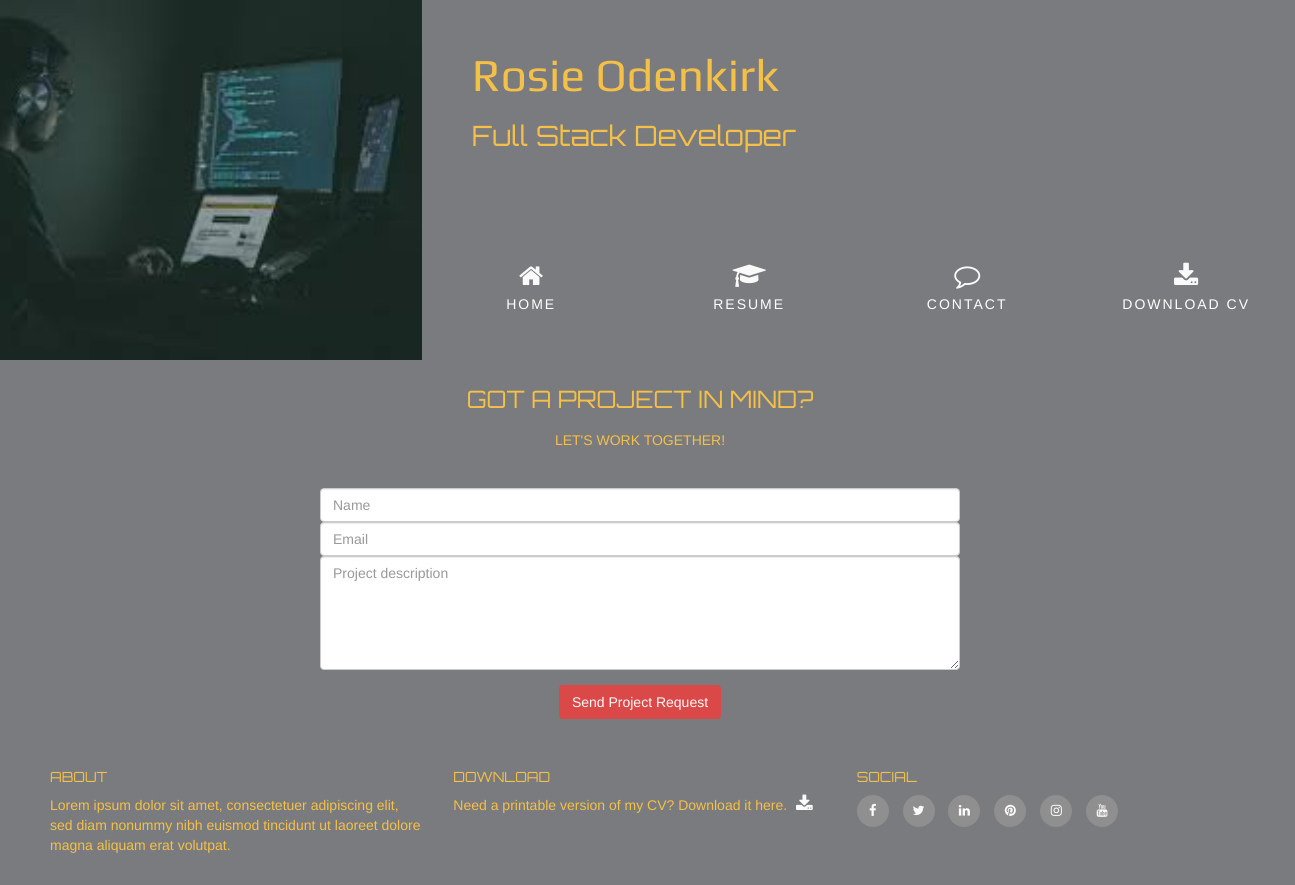
Repository: BoryanaRakova/Resume-
Page: contact.html
The author's editor kept a record of every edit. The page is drawn from the files as they stood at one moment, then again after the next edit.
The browser window is 1280 px wide. The page is 1295 px wide, so the pictures cover 1295 px, including what lies to the right of the window. The pictures show the whole page.

Above is the page before.

### contact.html
<!DOCTYPE html>
<html>
    <head>
        <link rel="stylesheet" href="//maxcdn.bootstrapcdn.com/bootstrap/3.3.7/css/bootstrap.min.css" type="text/css" />
        <link rel="stylesheet" href="https://stackpath.bootstrapcdn.com/font-awesome/4.7.0/css/font-awesome.min.css" type="text/css" />
        <link rel="stylesheet" href="https://cdnjs.cloudflare.com/ajax/libs/hover.css/2.3.1/css/hover-min.css" type="text/css"/>
        <link rel="stylesheet" href="assets/css/style.css" type="text/css" />
    </head>

    <body>
 <header>
        <div class="row no-gutters">
            <a class="col-md-4 logo" href="02-index.html"></a>
            <div class="col-md-8">
                <div class="row no-gutters bg-color-name-title">
                    <div class="col heading">
                        <h1 class="name">Rosie Odenkirk</h1>
                        <h2 class="title"> Full Stack Developer</h2>
                    </div>
                </div>
                <div class="row no-gutters">
                    <div class="col">
                        <ul id="nav" class="list-inline menucontainer">
                            <li class="col-6 col-sm-3 list-inline-item ui-menu-color-home menuitem">
                                <a href="#" class="hvr-sweep-to-bottom"><i class="fa fa-home" aria-hidden="true"></i><span>Home</span></a>
                            </li>
                            <li class="col-6 col-sm-3 list-inline-item ui-menu-color-resume menuitem">
                                <a href="#" class="hvr-sweep-to-bottom"><i class="fa fa-graduation-cap" aria-hidden="true"></i><span>Resume</span></a>
                            </li>
                            <li class="col-6 col-sm-3 list-inline-item ui-menu-color-contact menuitem">
                                <a href="#" class="hvr-sweep-to-bottom"><i class="fa fa-comment-o" aria-hidden="true"></i><span>Contact</span></a>
                            </li>
                            <li class="col-6 col-sm-3 list-inline-item ui-menu-color-download menuitem">
                                <a href="#" class="hvr-sweep-to-bottom"><i class="fa fa-download" aria-hidden="true"></i><span>Download CV</span></a>
                            </li>
                        </ul>
                    </div>
                </div>
            </div>
        </div>
    </header>
    <section class="container-fluid">
        <div class="row bg-color-contact">
            <div class="col">
                <h3 class="contact-heading uppercase text-center">Got a project in mind?</h3>
                <h5 class="uppercase text-center">Let's work together!</h5>

                <div class="center-form">
                    <form>
                        <input type="text" name="name" id="fullname" class="form-control" placeholder="Name" required />
                        <input type="email" name="email" id="emailaddress" class="form-control" placeholder="Email" required />
                        <textarea rows="5" name="projectsummary" id="projectsummary" class="form-control" placeholder="Project description" required></textarea>
                        <div class="form-row text-center">
                            <div class="col">
                                <button type="submit" class="btn btn-secondary">Send Project Request</button>
                            </div>
                        </div>
                    </form>
                </div>

            </div>
        </div>

    </section>
    <footer class="container-fluid">
        <div id="footer-details" class="row">
            <div class="col-sm-4">
                <h5 class="uppercase general-sub">About</h5>
                <p class="inline-block">
                    Lorem ipsum dolor sit amet, consectetuer adipiscing elit,
                    sed diam nonummy nibh euismod tincidunt ut laoreet dolore
                    magna aliquam erat volutpat.
                </p>
            </div>
            <div class="col-sm-4">
                <h5 class="uppercase general-sub">Download</h5>
                <p class="inline-block">
                    Need a printable version of my CV? Download it here.
                    <a href="assest/cv/Boryana-Ivaylova-Rakova-CV-v3.pdf" target="_blank" class="cv-pdf">
                        <i class="fa fa-download" aria-hidden="true"></i>
                        <span class="sr-only">Download link.</span>
                    </a>
                </p>
            </div>
            <div class="col-sm-4">
                <h5 class="uppercase general-sub">Social</h5>
                <ul class="list-inline social-links">
                    <li class="list-inline-item">
                        <a target="_blank" href="#">
                            <i class="fa fa-facebook" aria-hidden="true"></i>
                            <span class="sr-only">Facebook</span>
                        </a>
                    </li>
                    <li class="list-inline-item">
                        <a target="_blank" href="#">
                            <i class="fa fa-twitter" aria-hidden="true"></i>
                            <span class="sr-only">Twitter</span>
                        </a>
                    </li>
                    <li class="list-inline-item">
                        <a target="_blank" href="https://www.linkedin.com/in/boryana-rakova-918ab312b">
                            <i class="fa fa-linkedin" aria-hidden="true"></i>
                            <span class="sr-only">LinkedIn</span>
                        </a>
                    </li>
                    <li class="list-inline-item">
                        <a target="_blank" href="#">
                            <i class="fa fa-pinterest" aria-hidden="true"></i>
                            <span class="sr-only">Pinterest</span>
                        </a>
                    </li>
                    <li class="list-inline-item">
                        <a target="_blank" href="#">
                            <i class="fa fa-instagram" aria-hidden="true"></i>
                            <span class="sr-only">Instagram</span>
                        </a>
                    </li>
                    <li class="list-inline-item">
                        <a target="_blank" href="#">
                            <i class="fa fa-youtube" aria-hidden="true"></i>
                            <span class="sr-only">YouTube</span>
                        </a>
                    </li>
                </ul>
            </div>
        </div>
    </footer>

    </body>
</html>

### assets/css/style.css
@import url('https://fonts.googleapis.com/css?family=Orbitron:100,200,300,400,500,600,700|Play:100,200,300,400,500,600,700');

/*----------------------------------------------Colors*/
body{
    background-color: #797b7f;
}
.bg-color-name-title {
    background-color: #797b7f;
}

 .bg-color-three-reasons {
     background-color: #797b7f;
 }
 .bg-color-work-history {

    background-color: #797b7f;
}
.bg-color-skills{
    background-color: #fafafa;
}

.bg-color-personal-info{
     background-color: #797b7f;
 }
 .bg-color-contact {
     background-color:#797b7f;
     color:#f5c047;
 }





 .ul-menu-color-name {
     background-color: #f5c047;
 }

 .ul-menu-color-resume {
     background-color: #2a5f87;
 }
 .ul-menu-color-contact {
     background-color: #67666b;
 }
 .ul-menu-color-download {
     background-color: #db4848;
 }

 .row-table {
    display: table;
}

.section-column {
    display: table-cell;
    padding: 0 30px 30px;
    float: none;
}

.section-heading {
    font-family: "Orbitron", sans-serif;
    font-weight: 300;
    margin-top: 25px;
    margin-bottom: 40px;
}
 /*----------------------------------------------Special Paddings/Margin/Text*/
 h1,
 h2,
 h3,
 h4 {
     margin: 0;
 }

 .uppercase {
     text-transform: uppercase;
 }
 .general-sub {
     font-family: "Orbitron",sans-serif;
     font-weight: 300;
     color: #f5c047;
 }

 .inline-block {
     display: inline-block;
 }



.row-table {
    display: table;
}

.section-heading ,
.history-heading {
    font-family: "Orbitron",sans-serif;
    font-weight: 300;
    margin-top: 25px;
    margin-bottom: 40px;
}
/*----------------------------------------------Heading*/
header{
    margin: 0;
}

.heading {
    margin-left: 50px;
}
.logo {
   background: url("../images/images.jpeg");
   background-position: center;
   background-repeat: no-repeat;
   background-size: cover;
   min-height: 360px;
   transition: all .5s ease-in-out;
   -moz-transition: all .5s ease-in-out;
   -webkit-transition: all .5s ease-in-out;
}
.name {
    font-family: "Play",sans-serif;
    font-weight: 100;
    font-size: 46px;
    margin-top: 50px;
    color: #f5c047;
}

.title {
    font-family: "Orbitron",sans-serif;
    font-weight: 200;
    font-size: 28px;
    margin-top: 20px;
    margin-bottom: 90px;
    color: #f5c047;
}

.list-inline-item:not(:last-child) {
    margin: 0;
}

.menucontainer {
    font-size: 0;
}

#nav {
    margin: 0;
}

#nav li {
   font-size:14px;
   padding: 0;
}

.menuitem {
    height: 120px;
    text-align: center;
    padding: 0;
}
.menuitem a {
    width: 100%;
    text-decoration: none;
    color: #ffffff;
    height: 120px;
}
.menuitem a i {
    padding-top: 22px;
    display: block;
    color: #fafafa;
    font-size: 26px;


}
.menuitem span {
    display: block;
    width: 100%;
    padding-top: 5px;
    text-align: center;
    text-transform: uppercase;
    font-size: 14px;
    font-weight: 300;
    letter-spacing: 2px;
}



/*----------------------------------------------Hover.css*/

.hvr-sweep-to-bottom:before {
    background:rgba(0, 0, 0, 0.2);
    height: 120px;
}


/*----------------------------------------------Footer*/

footer {
    background-color: #797b7f ;
    color: #f5c047;
    min-height: 120px;
    margin: 0;
}

.cv-pdf i {
    font-size: 18px;
    color: #fafafa;
    text-align: center;
    padding-left: 5px;
    transition: all 0.35s ease-in-out;
    -moz-transition: all 0.35s ease-in-out;
    -webkit-transition: all 0.35s ease-in-out;
    -o-transition: all 0.35s ease-in-out;
}


.cv-pdf i:hover {
    color: #e84610;
}
.social-links {
    padding-bottom: 15px;
}

.social-links li a i{
    width: 32px;
    height: 32px;
    padding: 12px 0;
    border-radius: 50%;
    font-size: 13px;
    line-height: 7px;
    text-align: center;
    color: #fafafa;
    background-color: #8f8f8f;
    transition: all 0.35s ease-in-out;
    -moz-transition: all 0.35s ease-in-out;
    -webkit-transition: all 0.35s ease-in-out;
    -o-transition: all 0.35s ease-in-out;


}

.social-links li a i:hover{
    background-color: #db4848;
}

#footer-details {
    margin: 20px;
}



/*----------------------------------------------Three reasons*/

.three-reasons-icon {
    font-size: 26px;
    color: #f5c047;
}
.three-reasons-heading {
    margin-bottom: 15px;
}




/*----------------------------------------------Personal info*/


.personal-info-item {
    margin-bottom: 20px;
    display: block;
    clear: both;
}

.personal-info-item .key,
.personal-info-item .value {
    padding-right: 8px;
}

.personal-info-item .key p,
.personal-info-item .value p {
    margin: 0;
}
.personal-info-item .key {
    display: inline-block;
    width: 30%;
    margin-right: 21px;
    padding-top: 2px;
    vertical-align: top;
}

.personal-info-item .key p {
    font-weight: 700;
}

.personal-info-item .value {
    display: inline-block;
    position: relative;
    width: 60%;
}

/*----------------------------------------------Skills*/

.progress {
    position: relative;
    height: 25px;
}
.progress-type {
    position: absolute;
    left: 0px;
    font-weight: 400;
    padding: 3px 30px 2px 10px;
    color: #fafafa;
    background-color: rgba(25,25,25,0.2);
}
.progress-section{
    margin: 40px 20px;
}

/*----------------------------------------------Work History*/



.timeline-item {
    padding: 4em 2em 0em 2em;
    position: relative;
    color:  #f5c047;
    border-left: 1px solid ;
}

.timeline-item p {
    padding: 0;
    margin: 0;

}

.timeline-item::before {
    content: attr(dates);
    position: absolute;
    left: 2.5em;
    top: 3em;
    display: block;
    font-family: "Orbitron" , sans-serif;
    font-weight: 500;
    font-size: .8em;
    padding: 0;
    margin: 0;


}


.timeline-item::after{
    width: 12px;
    height: 12px;
    display: block;
    top: 2.4em;
    position: absolute;
    left: -6px;
    border-radius: 12px;
    content: '';
    background: #333;

}


.history-items{
    margin-bottom: 30px;
}

/*----------------------------------------------Contact*/


.contact-heading {
    font-family: "Orbitron" ,sans-serif;
    font-weight: 300;
    margin-top: 25px;
    margin-bottom: 20px;

}

.center-form {
    padding-top: 10px;
    margin: 0 auto;
    max-width: 70%;
}

button[type="submit"]{
    margin-top: 15px;
    margin-bottom: 20px;
    background-color: #db4848;
    color: #fafafa;
}



/*----------------------------------------------Media Quiery*/

@media (min-width:992px){
    .section-column {
    padding: 0 30px 30px;
    float: none;
    display: table-cell;
  }
  .center-form {
    padding-top: 30px;
    min-height: 240px;
    margin: 0 auto;
    max-width: 50%;
}
}

After the next edit:
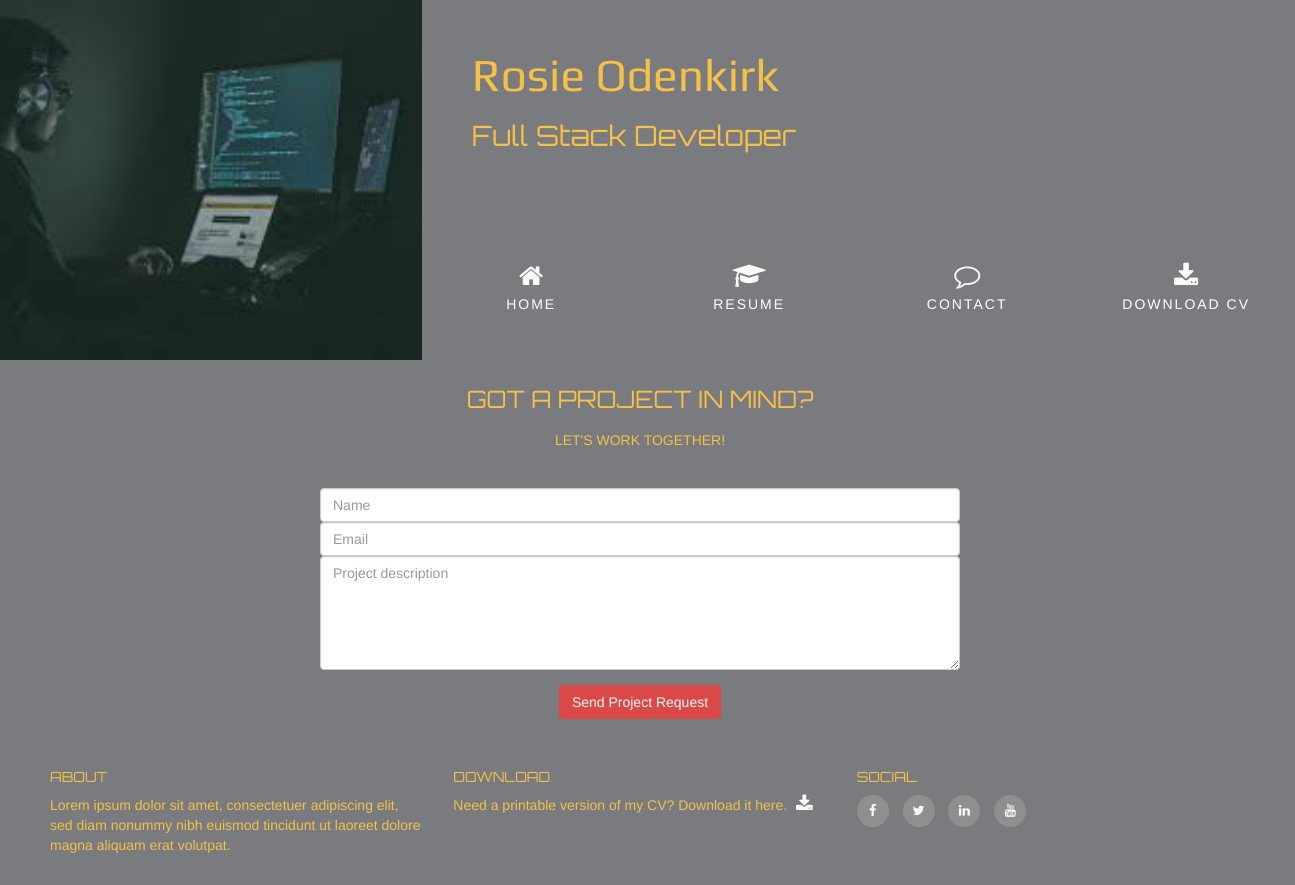
The edit:
--- a/contact.html
+++ b/contact.html
@@ -103,18 +103,8 @@
                             <span class="sr-only">LinkedIn</span>
                         </a>
                     </li>
-                    <li class="list-inline-item">
-                        <a target="_blank" href="#">
-                            <i class="fa fa-pinterest" aria-hidden="true"></i>
-                            <span class="sr-only">Pinterest</span>
-                        </a>
-                    </li>
-                    <li class="list-inline-item">
-                        <a target="_blank" href="#">
-                            <i class="fa fa-instagram" aria-hidden="true"></i>
-                            <span class="sr-only">Instagram</span>
-                        </a>
-                    </li>
+
+
                     <li class="list-inline-item">
                         <a target="_blank" href="#">
                             <i class="fa fa-youtube" aria-hidden="true"></i>
